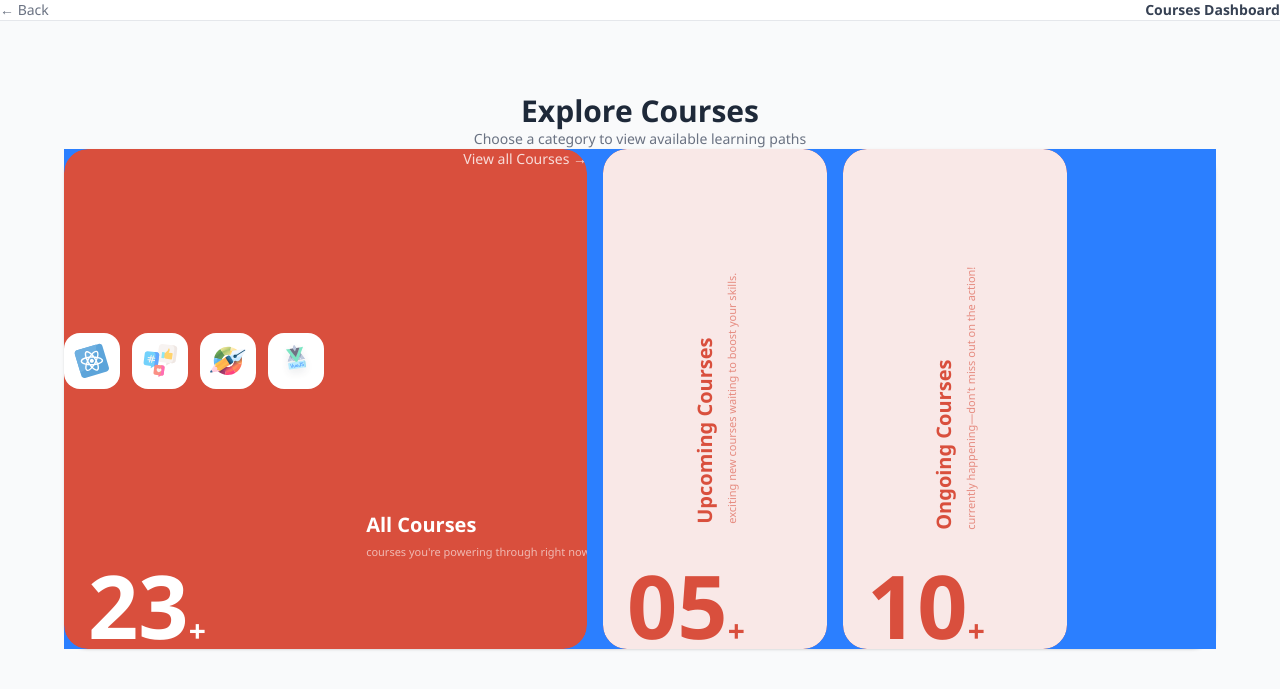
Repository: RahulRajKhadka/nextjs-dashboard-app
Page: /task2
An editor plug-in stored every save of this project. The page is shown before and after the next save, followed by the edit.
The browser window is 1280 px wide. The pictures show the whole page.
The project was rebuilt for these pictures with package versions that can differ from the ones it lists, and the page was loaded fresh each time. The framework's server and built-in components were replaced by stand-ins that run in the browser. Also part of the build but not shown: next.config.ts.

Above is the page before, as saved 2026-04-10 11:23:01.

### src/app/layout.tsx
import type { Metadata } from "next";
import "./globals.css";

export const metadata: Metadata = {
  title: "SkillShikshya Tasks",
  description: "Frontend & Logical Tasks",
};

export default function RootLayout({
  children,
}: {
  children: React.ReactNode;
}) {
  return (
    <html lang="en">
      <body>{children}</body>
    </html>
  );
}

### src/app/task2/page.tsx
"use client";
import dynamic from "next/dynamic";
import Link from "next/link";

const CourseCards = dynamic(() => import("@/components/task2/CourseCards"), {
  loading: () => (
    <div className="flex items-center justify-center h-[300px] text-gray-400 text-sm">
      Loading courses...
    </div>
  ),
  ssr: false,
});

export default function Task2Page() {
  return (
    <main className="min-h-screen bg-gray-50 flex flex-col">

      {/* Top Bar */}
      <div className="flex items-center justify-between px-6 md:px-10 py-4 border-b border-gray-200 bg-white">
        <Link
          href="/"
          className="text-sm text-gray-500 hover:text-gray-900 transition-colors"
        >
          ← Back
        </Link>

        <span className="text-sm font-semibold text-gray-700">
          Courses Dashboard
        </span>
      </div>

      {/* Centered Content */}
      <div className="flex-1 flex items-center justify-center px-4 py-10">

        <div className="w-full max-w-6xl">

          {/* Heading */}
          <div className="mb-8 text-center mt-10">
            <h1 className="text-3xl font-bold text-gray-800">
              Explore Courses
            </h1>
            <p className="text-gray-500 text-sm mt-2">
              Choose a category to view available learning paths
            </p>
          </div>

          {/* Cards */}
          <div className="bg-white rounded-3xl shadow-sm p-4 md:p-6">
            <CourseCards />
          </div>

        </div>

      </div>
    </main>
  );
}

### src/app/globals.css
@import "tailwindcss";

* {
  margin: 0;
  padding: 0;
  box-sizing: border-box;
}

html {
  scroll-behavior: smooth;
}

body {
  font-family: "Segoe UI", sans-serif;
  background-color: #f5f5f5;
}

.vertical-text {
  writing-mode: vertical-rl;
  transform: rotate(180deg);
}

### src/components/task2/CourseCards.tsx
"use client";

import { useState, useRef, useLayoutEffect } from "react";
import CourseCard from "./CourseCard";
import { courseCardsData } from "./courseCardsData";
import gsap from "gsap";

export default function CourseCards() {
  const [expandedId, setExpandedId] = useState<number>(1);
  const [directionMap, setDirectionMap] = useState<Map<number, "left" | "right">>(new Map());

  const cardRefs = useRef<(HTMLDivElement | null)[]>([]);
  const containerRef = useRef<HTMLDivElement>(null);
  const expandedWidth = useRef(0);
  const collapsedWidth = useRef(0);
  const isAnimating = useRef(false);

  useLayoutEffect(() => {
    const container = containerRef.current;
    if (!container) return;

    const totalWidth = container.clientWidth;
    const gap = 16;
    const totalGap = gap * (courseCardsData.length - 1);
    const unit = (totalWidth - totalGap) / courseCardsData.length;

    expandedWidth.current = unit * 1.4;
    collapsedWidth.current = unit * 0.6;

    const initialDirectionMap = new Map<number, "left" | "right">();
    courseCardsData.forEach((course, index) => {
      initialDirectionMap.set(course.id, index === 0 ? "right" : "left");
    });
    setDirectionMap(initialDirectionMap);

    cardRefs.current.forEach((el, i) => {
      if (el) {
        gsap.set(el, {
          width:
            courseCardsData[i].id === 1
              ? expandedWidth.current
              : collapsedWidth.current,
        });
      }
    });
  }, []);

  const getDirectionForCard = (clickedId: number, currentExpandedId: number): "left" | "right" => {
    const clickedIndex = courseCardsData.findIndex((c) => c.id === clickedId);
    const expandedIndex = courseCardsData.findIndex((c) => c.id === currentExpandedId);
    return clickedIndex < expandedIndex ? "left" : "right";
  };

  const isCardLeftmost = (cardId: number): boolean => {
    return courseCardsData.findIndex((c) => c.id === cardId) === 0;
  };

  const handleCardClick = (courseId: number) => {
    if (courseId === expandedId || isAnimating.current) return;

    const newDirection = getDirectionForCard(courseId, expandedId);
    const prevIndex = courseCardsData.findIndex((c) => c.id === expandedId);
    const newIndex = courseCardsData.findIndex((c) => c.id === courseId);

    isAnimating.current = true;

    const tl = gsap.timeline({
      onComplete: () => {
        isAnimating.current = false;
      },
    });

    setDirectionMap((prev) => {
      const newMap = new Map(prev);
      newMap.set(courseId, newDirection);
      return newMap;
    });

  tl.to({}, { duration: 0.08 })

.to(cardRefs.current[prevIndex], {
  width: collapsedWidth.current,
  duration: 0.45,
  ease: "power2.inOut",
})

.to(
  cardRefs.current[newIndex],
  {
    width: expandedWidth.current,
    duration: 0.5,
    ease: "power3.out",
  },
  "-=0.2" // 👈 starts before collapse fully ends
)

.call(() => {
  setExpandedId(courseId);
});
  };

  return (
    <div
      ref={containerRef}
      className="flex gap-4 w-full p-8 bg-blue-500 h-[500px]"
    >
      {courseCardsData.map((course, i) => (
        <div
          key={course.id}
          ref={(el) => (cardRefs.current[i] = el)}
          className="shrink-0 overflow-hidden rounded-3xl"
        >
          <CourseCard
            course={course}
            isExpanded={expandedId === course.id}
            direction={directionMap.get(course.id) || (i === 0 ? "right" : "left")}
            isLeftmost={isCardLeftmost(course.id)}
            onClick={() => handleCardClick(course.id)}
          />
        </div>
      ))}
    </div>
  );
}

### src/components/task2/CourseCard.tsx
"use client";

import Image from "next/image";
import { useRef, useLayoutEffect } from "react";
import { CourseCard as CourseCardType } from "@/types";
import gsap from "gsap";

interface Props {
  course: CourseCardType;
  isExpanded: boolean;
  onClick: () => void;
  direction: "left" | "right";
  isLeftmost?: boolean;
}

export default function CourseCard({
  course,
  isExpanded,
  onClick,
  direction,
  isLeftmost = false,
}: Props) {
  const numberRef = useRef<HTMLDivElement>(null);
  const collapsedLabelRef = useRef<HTMLDivElement>(null);
  const iconsRef = useRef<(HTMLSpanElement | null)[]>([]);
  const topbarRef = useRef<HTMLDivElement>(null);
  const expandedViewRef = useRef<HTMLDivElement>(null);
  const circleRef = useRef<HTMLDivElement>(null);

  useLayoutEffect(() => {
    if (!numberRef.current || !collapsedLabelRef.current) return;

    if (isExpanded) {
      // Show expanded view first so we can measure
      gsap.set(expandedViewRef.current, { display: "grid" });

      // Measure delta: label center → beside number (bottom-left)
      const labelRect = collapsedLabelRef.current.getBoundingClientRect();
      const numberRect = numberRef.current.getBoundingClientRect();

      // We want label to land to the RIGHT of the number
      const targetX = numberRect.right + 12 - (labelRect.left + labelRect.width / 2);
      const targetY = numberRect.bottom - labelRect.height / 2 - labelRect.top - labelRect.height / 2;

      // Circle wipe
      gsap.to(circleRef.current, {
        clipPath: "circle(0% at 0% 100%)",
        duration: 1.5,
        ease: "power3.inOut",
      });

      // Topbar
      const topbarFromX = direction === "left" ? 80 : -80;
      gsap.fromTo(
        topbarRef.current,
        { opacity: 0, y: -10, x: topbarFromX },
        { opacity: 1, y: 0, x: 0, duration: 0.5, delay: 0.25 }
      );

      // Icons
      const iconsFromX = direction === "left" ? 150 : -150;
      gsap.set(iconsRef.current, { x: iconsFromX, opacity: 0 });
      iconsRef.current.forEach((icon, i) => {
        gsap.to(icon, {
          x: 0,
          opacity: 1,
          duration: 0.5,
          delay: 0.25 + i * 0.1,
        });
      });

      // Number color
      gsap.to(numberRef.current, {
        color: "#ffffff",
        duration: 0.5,
        delay: 0.2,
      });

      // Label: rotate -90 → 0 while traveling right to beside the number
      gsap.fromTo(
        collapsedLabelRef.current,
        {
          rotation: -90,
          x: 0,
          y: 0,
          color: course.textColor,
        },
        {
          rotation: 0,
          x: targetX,
          y: targetY,
          color: "#ffffff",
          duration: 2,
          delay: 0.3,
          ease: "power2.inOut",
        }
      );
    } else {
      // Circle back
      gsap.to(circleRef.current, {
        clipPath: "circle(130% at 0% 80%)",
        duration: 0.7,
      });

      gsap.set(expandedViewRef.current, { display: "none", delay: 0.3 });

      // Number color back
      gsap.to(numberRef.current, {
        color: course.textColor,
        duration: 0.4,
      });

      // Label travels back and rotates back to -90
      gsap.to(collapsedLabelRef.current, {
        rotation: -90,
        x: 0,
        y: 0,
        color: course.textColor,
        duration: 2,
        ease: "power2.inOut",
      });
    }
  }, [isExpanded, direction]);

  return (
    <div
      onClick={onClick}
      className="relative rounded-3xl overflow-hidden cursor-pointer h-full w-full"
      style={{ backgroundColor: course.bgExpanded }}
    >
      {/* Background circle */}
      <div
        ref={circleRef}
        className="absolute inset-0 z-[1]"
        style={{
          backgroundColor: course.bg,
          clipPath: "circle(150% at 0% 100%)",
        }}
      />

      {/* NUMBER — always bottom-left */}
      <div className="absolute bottom-0 left-6 z-[3] flex items-end p-4 pointer-events-none">
        <div ref={numberRef} className="flex items-end" style={{ color: course.textColor }}>
          <span
            className="font-black leading-none"
            style={{
              fontSize: "clamp(3.5rem,7vw,5.5rem)",
              color: "inherit",
            }}
          >
            {String(course.count).padStart(2, "0")}
          </span>
          <span className="font-black text-3xl mb-2 ml-1" style={{ color: "inherit" }}>
            +
          </span>
        </div>
      </div>

      {/* SINGLE LABEL — always center, rotates and travels on expand */}
      <div className="absolute inset-0 z-[4] flex items-center justify-center pointer-events-none">
        <div
          ref={collapsedLabelRef}
          className="flex flex-col gap-1"
          style={{
            transform: "rotate(-90deg)",
            color: course.textColor,
          }}
        >
          <span className="font-bold text-[20px] whitespace-nowrap" style={{ color: "inherit" }}>
            {course.label}
          </span>
          <p className="text-[11px] opacity-60 whitespace-nowrap" style={{ color: "inherit" }}>
            {course.sublabel}
          </p>
        </div>
      </div>

      {/* EXPANDED VIEW — topbar + icons only */}
      <div
        ref={expandedViewRef}
        className="absolute inset-0 z-[2] p-5"
        style={{
          display: isExpanded ? "grid" : "none",
          gridTemplateRows: "auto 1fr auto",
        }}
      >
        {/* Row 1: topbar */}
        <div ref={topbarRef} className="flex justify-end mt-40">
          <span className="text-white/80 text-sm">View all Courses →</span>
        </div>

        {/* Row 2: icons */}
        <div className="flex gap-3 items-center">
          {course.icons?.map((iconPath, i) => (
            <span
              key={i}
              ref={(el) => (iconsRef.current[i] = el)}
              className="w-14 h-14 rounded-2xl bg-white flex items-center justify-center"
            >
              <Image src={iconPath} alt="" width={36} height={36} />
            </span>
          ))}
        </div>

        {/* Row 3: empty — number and label are absolute, they land here */}
        <div className="h-24" />
      </div>
    </div>
  );
}

### src/components/task2/courseCardsData.ts
import { CourseCard } from "@/types";

export const courseCardsData: CourseCard[] = [
  {
    id: 1,
    count: "23",
    label: "All Courses",
    sublabel: "courses you're powering through right now.",
    bg: "#F9E8E7",        // ← was "#D94F3D", should be light pink
    textColor: "#D94F3D",  // ← was "white", red for collapsed state
    bgExpanded: "#D94F3D",
    icons: ["/images/react.svg", "/images/likes.svg", "/images/design.svg", "/images/view.svg"],
  },
  {
    id: 2,
    count: "05",
    label: "Upcoming Courses",
    sublabel: "exciting new courses waiting to boost your skills.",
    bg: "#F9E8E7",
    textColor: "#D94F3D",
    bgExpanded: "#D94F3D",
    icons: ["/images/react.svg", "/images/likes.svg", "/images/design.svg", "/images/view.svg"],
  },
  {
    id: 3,
    count: "10",
    label: "Ongoing Courses",
    sublabel: "currently happening—don't miss out on the action!",
    bg: "#F9E8E7",
    textColor: "#D94F3D",
    bgExpanded: "#D94F3D",
    icons: ["/images/react.svg", "/images/likes.svg", "/images/design.svg", "/images/view.svg"],
  },
];

After the next save:
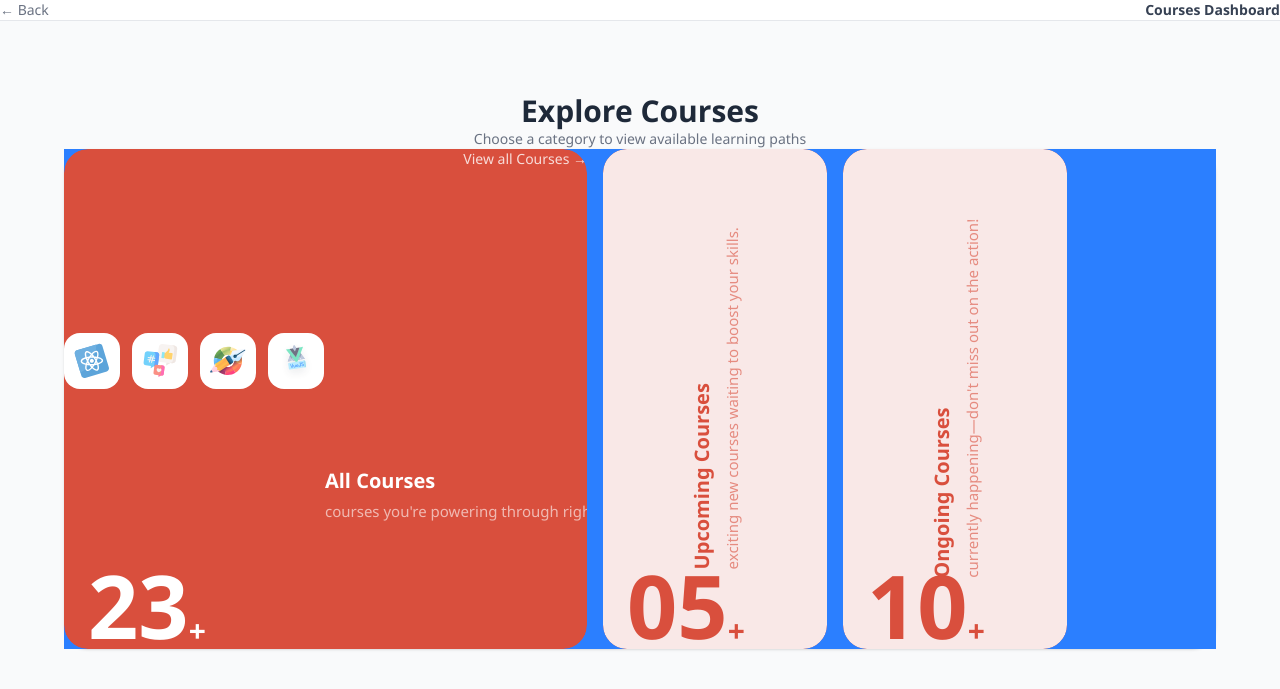
Saved 8 s later.
--- a/src/components/task2/CourseCard.tsx
+++ b/src/components/task2/CourseCard.tsx
@@ -169,7 +169,7 @@ export default function CourseCard({
           <span className="font-bold text-[20px] whitespace-nowrap" style={{ color: "inherit" }}>
             {course.label}
           </span>
-          <p className="text-[11px] opacity-60 whitespace-nowrap" style={{ color: "inherit" }}>
+          <p className="text-[15px] opacity-60 whitespace-nowrap" style={{ color: "inherit" }}>
             {course.sublabel}
           </p>
         </div>
